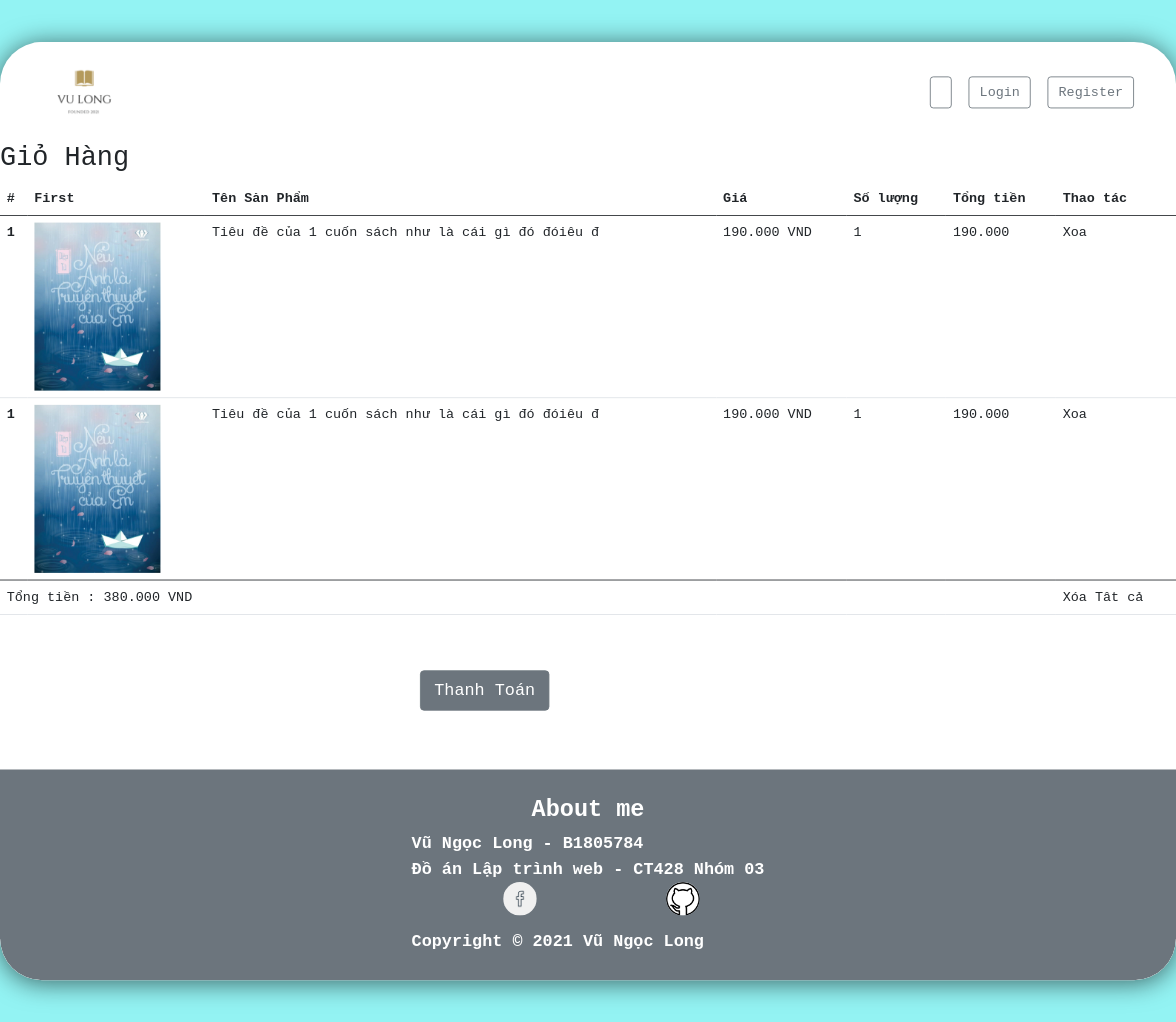
Repository: VuNgocLong2626/exercise_web_CT428
Page: VuNgocLongB1805784/user/giohang.html
The author's editor kept a copy of each file at every save. The page is drawn from the files as they stood at one save, then again after the next save.
The browser window is 1280 px wide. The page is 1400 px wide, so the pictures cover 1400 px, including what lies to the right of the window. The pictures show the whole page, at 84% of full size.

Above is the page before, as saved 2021-10-05 15:07:28.

### VuNgocLongB1805784/user/giohang.html
<!DOCTYPE html>
<html lang="en">
<head>
    <meta charset="UTF-8">
    <meta http-equiv="X-UA-Compatible" content="IE=edge">
    <meta name="viewport" content="width=device-width, initial-scale=1.0">
    <link href="https://cdn.jsdelivr.net/npm/bootstrap@5.0.2/dist/css/bootstrap.min.css" rel="stylesheet" integrity="sha384-EVSTQN3/azprG1Anm3QDgpJLIm9Nao0Yz1ztcQTwFspd3yD65VohhpuuCOmLASjC" crossorigin="anonymous">
    <link rel="stylesheet" href="./css/test.css">
    <title>Chi Tiết Sản Phẩm</title>
</head>
<body>
    <div class="main-contens">
        <div class="header">
            <a href="#"><img src="./image/logo120.png" alt="hinh logo" style="margin-left: 40px;"></a>
            <div class="from-individual">
                <button type="button" class="btn btn-outline-secondary" style="margin-right: 20px;">
                    <i class='fas fa-cart-plus' style='font-size:24px'></i>
                </button>
                <button type="button" class="btn btn-outline-secondary" style="margin-right: 20px;">Login</button>
                <button type="button" class="btn btn-outline-secondary">Register</button>
            </div>
        </div>

        <div class="all-cart">
            <h2>Giỏ Hàng</h2>
            <table class="table">
                <thead>
                  <tr>
                    <th scope="col">#</th>
                    <th scope="col">First</th>
                    <th scope="col">Tên Sản Phẩm</th>
                    <th scope="col">Giá</th>
                    <th scope="col">Số lượng</th>
                    <th scope="col">Tổng tiền</th>
                    <th scope="col">Thao tác</th>
                  </tr>
                </thead>
                <tbody>
                  <tr>
                    <th scope="row">1</th>
                    <td><img src="./image/TT1.jpg" style="width: 150px; height: 200px;" alt=""></td>
                    <td>Tiêu đề của 1 cuốn sách như là cái gì đó đóiêu đ</td>
                    <td>190.000 VND</td>
                    <td>1</td>
                    <td>190.000</td>
                    <td>Xoa</td>
                  </tr>
                  <tr>
                    <th scope="row">1</th>
                    <td><img src="./image/TT1.jpg" style="width: 150px; height: 200px;" alt=""></td>
                    <td>Tiêu đề của 1 cuốn sách như là cái gì đó đóiêu đ</td>
                    <td>190.000 VND</td>
                    <td>1</td>
                    <td>190.000</td>
                    <td>Xoa</td>
                  </tr>
                </tbody>
                <tr>
                    <td colspan="6">Tổng tiền : 380.000 VND</td>
                    <td>Xóa Tât cả</td>
                </tr>
            </table>
            <a href="#" class="btn btn-secondary btn-lg" style="margin: 50px 500px;">Thanh Toán</a>
        </div>

        <footer>
            <h3 style="font-weight: bold;">About me</h3>
            <div class=>
                <div>Vũ Ngọc Long - B1805784
                    <br>
                    Đồ án Lập trình web - CT428 Nhóm 03
                </div>
                <ul style="list-style: none; display: flex;">
                    <li><a href="#" target="_blank"><img src="./image/fb.png" alt="Github icon" style="width: 40px;height: 40px; border-radius: 200px;"></a></li>
                    <li><a href="#" target="_blank"><img src="./image/github.png" alt="Linked icon" style="width: 40px;height: 40px; border-radius: 200px;"></a></li>
                </ul>
                <div>
                    Copyright © 2021 Vũ Ngọc Long
                </div>
            </div>
        </footer>
    </div>
</body>
</html>

### VuNgocLongB1805784/user/css/test.css
* {
    margin: 0;
    padding: 0;
    box-sizing: border-box;
  }

body{
    font-family: 'Courier New', Courier, monospace;
    /* font-family: 'Times New Roman', Times, serif; */
    background-color: rgb(147, 243, 243);
}

.main-contens{
    overflow: auto;
    display: block;
    width: 1400px;
    height: 100%;
    background-color: white;
    margin: 50px auto;
    border-radius: 50px;
    box-shadow:0 3px 30px 0 rgba(0, 0, 0, 0.6);
}

/* header{
    z-index: 1200;
    position: -webkit-sticky;
    position: sticky;
    background-color: red;
    width: 100%;
    height: 100px;
} */

.header{

    position: -webkit-sticky;
    position: sticky;
    height: 120px;
    width: 100%;
    /* background-color: brown;  */
    z-index: 3333;
    justify-content: space-between;
    display: flex;
    align-items: center;
    left: 0;
    top: 0;
}

.from-individual{
    justify-content: flex-end;
    display: flex;
    margin-right: 50px;
}

/* .fa{
    display: inline-block;
    font: normal normal normal 14px/1 FontAwesome;
    text-rendering: auto;
    -webkit-font-smoothing: antialiased;
}

.fa-login{
    content: "\f090";
} */

.login{
    padding: 10px;
}

.register{
    padding: 10px;
}

.main-contens .baner{
    display: flexbox;
    margin: auto;
    /* background: violet; */
    background-image: none;
    background-repeat: no-repeat;
    background-position: center center;
    background-size: cover;
    width: 95%;
    height: 484px;
    margin: auto;
    margin-top: 20px;

}
.baner img{
    box-shadow:0 3px 20px 0 rgba(0, 0, 0, 0.6);
    border-radius: 100px;
    display: block;
    width: 100%;
    height: 474px;
}


.selling-products{
    overflow: auto;
    margin-top: 20px;
    /*  background-color: lawngreen; */
    width: 100%;
    height: 450px;
    /* display: flex; */
}

.selling-products .selling{
    width: 47%;
    height: 320px;
    overflow: auto;
    background-color: #f1f1f1;
    margin: 10px auto;
    box-shadow:0 3px 10px 0 rgba(0, 0, 0, 0.6);
    border-radius: 20px;
    /* padding: 20px; */
    /* font-size: 30px; */
}

.row-style{
    width: 658px;
    height: 320px;
}

.selling-products .title{
    display: block;
    width: 100%;
    height: 15%;
    /* background-color: #f1f1f1; */
    margin: 10px auto;
    padding-left: 40px;
    font-size: 35px;
    font-weight: bold;
    color: #6c757d;

}

.information-hot{
    display: flex;
    width: 100%;
    height: 350px;
}

.title-hot{
    margin: 20px 0;
    font-size: 20px;
    font-weight: bold;
}

.content-hot{
    height: 210px;
    width: 360px;
    overflow: auto;
}

.btn-hot{
    margin: 0 60px;
    font-size: 18px;
    width: 200px;
}

.all-products{
    overflow: auto;
    margin-top: 40px;
    /* background-color: red; */
    width: 100%;
    height: 1500px;
}

.all-products nav{
    overflow: auto;
    margin-top: 10px;
    width: 100%;
    height: 50px;
    /* background-color: rgb(52, 226, 12); */
    display: flex;
    justify-content: center;
}

nav > button{
    margin: 0 20px;
}

.all-products .products{
    /* display: flexbox; */
    overflow: auto;
    width: 100%;
    height: 1400px;
    /* background-color: gold; */
    /* justify-items: center;
    align-content: center; */
    padding-left: 60px;
}

.books{
    overflow: auto;
    float: left;
    width: 22%;
    height: 420px;
    background-color: #f1f1f1;
    margin: 13px 13px;
    border-radius: 20px;
}

.books:hover{
    box-shadow:0 3px 10px 0 rgba(0, 0, 0, 0.6);
    border-radius: 20px;
}

footer{
    height: 251px;
    border-radius: 0 0 50px 50px;
    width: 100%;
    background-color: #6c757d;
    margin-top: 20px;
    padding: 30px 0;
    display: flex;
    flex-direction: column;
    justify-content: center;
    align-items: center;
    color: white;
    font-size: 20px;
    font-weight: bold;
}

footer li{
    margin: auto;
}

.from-detail{
    /* overflow: auto; */
    margin: auto;
    height: 100%;
    width: 60%;
    background-color: #f1f1f1;
    border-radius: 50px;
}

.from-detail:hover{
    box-shadow:0 3px 10px 0 rgba(0, 0, 0, 0.6);
}

After the next save:
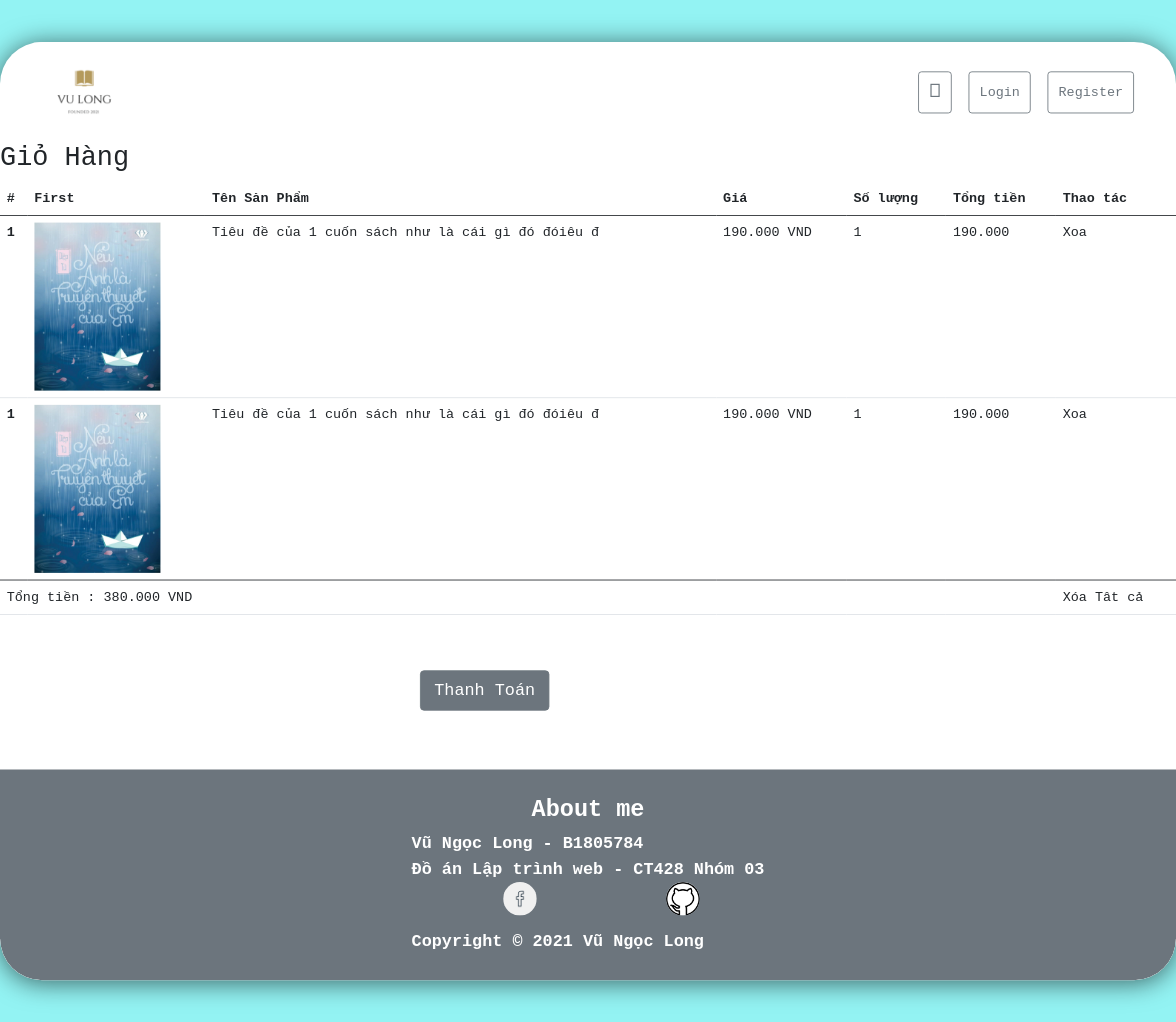
Saved 72 s later.
--- a/VuNgocLongB1805784/user/giohang.html
+++ b/VuNgocLongB1805784/user/giohang.html
@@ -14,7 +14,7 @@
             <a href="#"><img src="./image/logo120.png" alt="hinh logo" style="margin-left: 40px;"></a>
             <div class="from-individual">
                 <button type="button" class="btn btn-outline-secondary" style="margin-right: 20px;">
-                    <i class='fas fa-cart-plus' style='font-size:24px'></i>
+                    <i style='font-size:24px' class='fas'>&#xf217;</i>
                 </button>
                 <button type="button" class="btn btn-outline-secondary" style="margin-right: 20px;">Login</button>
                 <button type="button" class="btn btn-outline-secondary">Register</button>

After the save that followed:
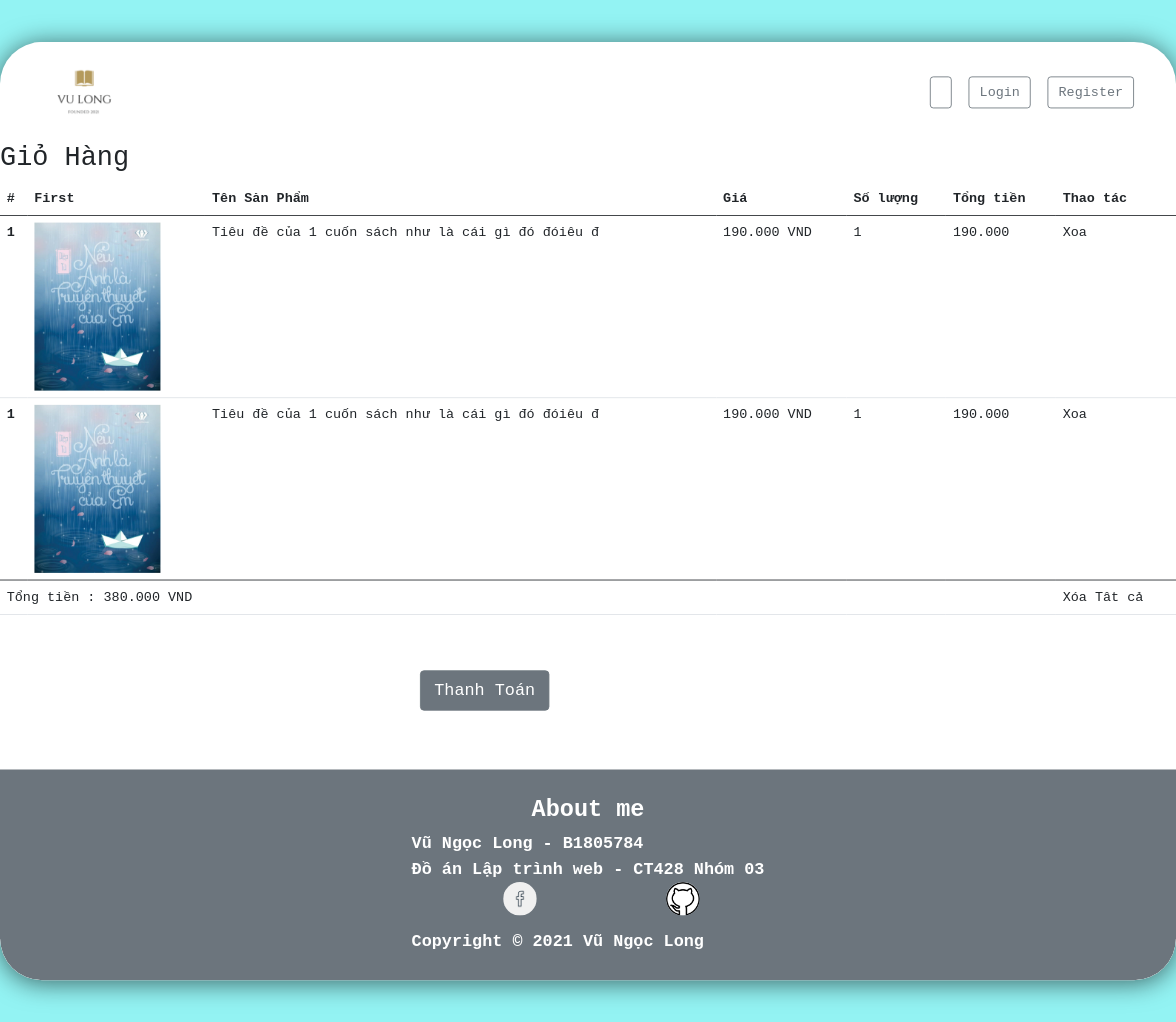
Saved 6 min 2 s later.
--- a/VuNgocLongB1805784/user/giohang.html
+++ b/VuNgocLongB1805784/user/giohang.html
@@ -14,7 +14,7 @@
             <a href="#"><img src="./image/logo120.png" alt="hinh logo" style="margin-left: 40px;"></a>
             <div class="from-individual">
                 <button type="button" class="btn btn-outline-secondary" style="margin-right: 20px;">
-                    <i style='font-size:24px' class='fas'>&#xf217;</i>
+                    <img src="./image/cart.svg" alt="">
                 </button>
                 <button type="button" class="btn btn-outline-secondary" style="margin-right: 20px;">Login</button>
                 <button type="button" class="btn btn-outline-secondary">Register</button>
